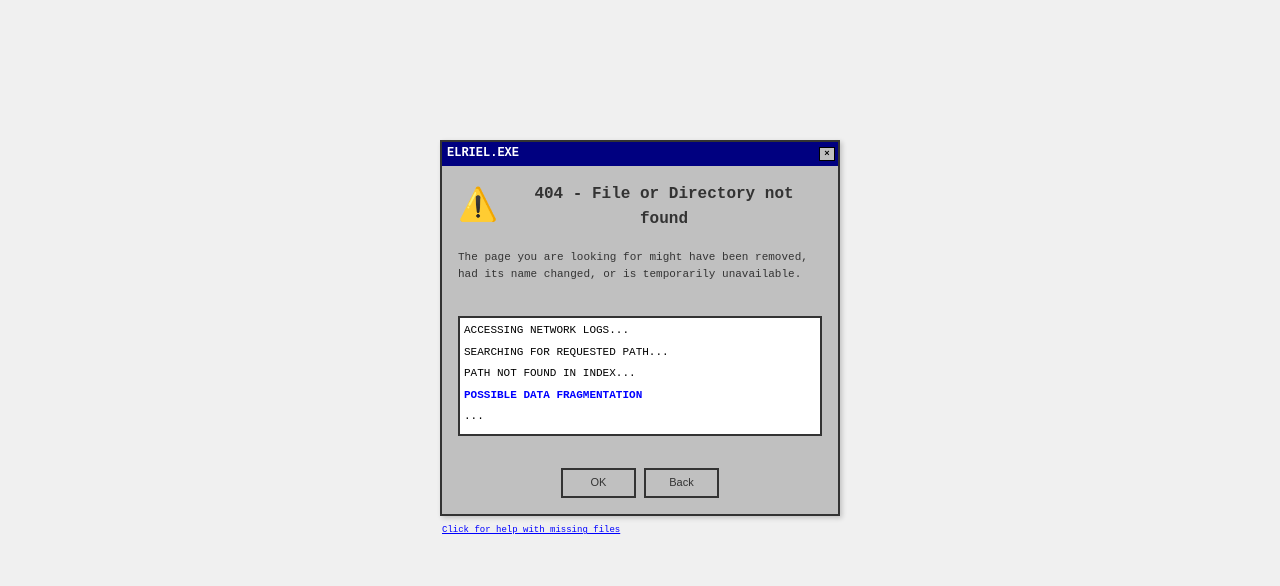
Repository: numbpill3d/elriel_1.0-forum
Page: views/404.html
The author's editor kept a copy of each file at every save. The page is drawn from the files as they stood at one save, then again after the next save.
The browser window is 1280 px wide. The pictures show the whole page.
Some web fonts or font styles are not loaded; a fallback is used.

Above is the page before, as saved 2025-05-01 13:04:26.

After the next save:
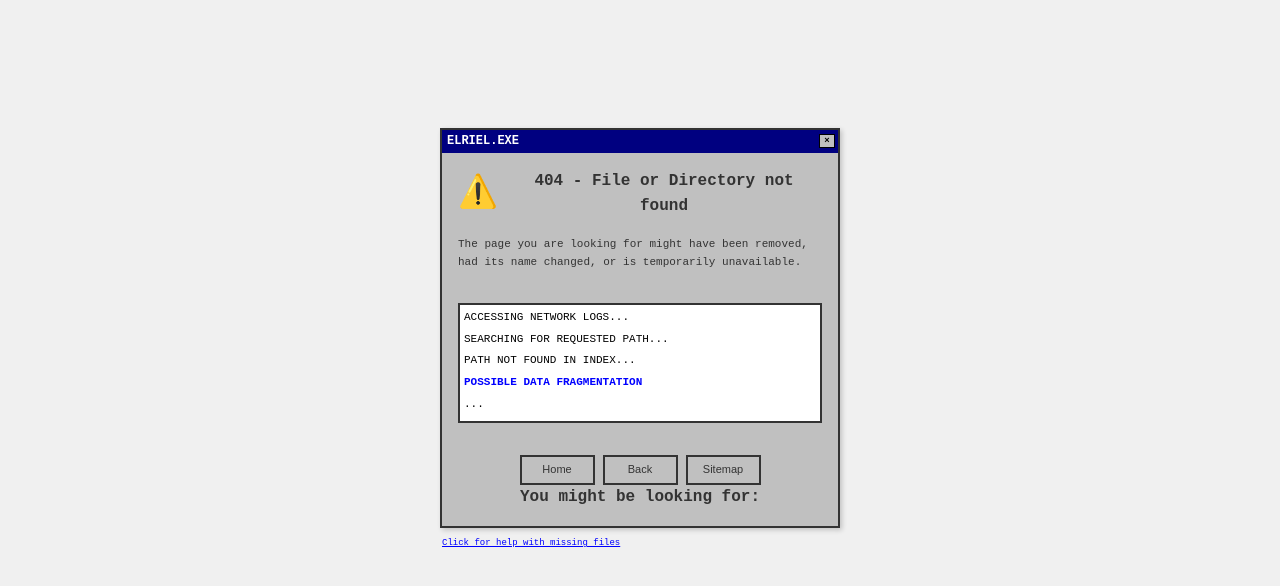
Saved 23 s later.
--- a/views/404.html
+++ b/views/404.html
@@ -204,8 +204,16 @@
         </div>
 
         <div class="button-row">
-          <a href="/" class="win98-button">OK</a>
+          <a href="/" class="win98-button">Home</a>
           <a href="javascript:history.back()" class="win98-button">Back</a>
+          <a href="/sitemap.html" class="win98-button">Sitemap</a>
+        </div>
+
+        <div id="suggested-links" class="suggested-links">
+          <h4>You might be looking for:</h4>
+          <ul id="suggestions-list">
+            <!-- Will be populated by JavaScript -->
+          </ul>
         </div>
 
         <div class="hidden-hint" onclick="revealHint()">Click for help with missing files</div>
